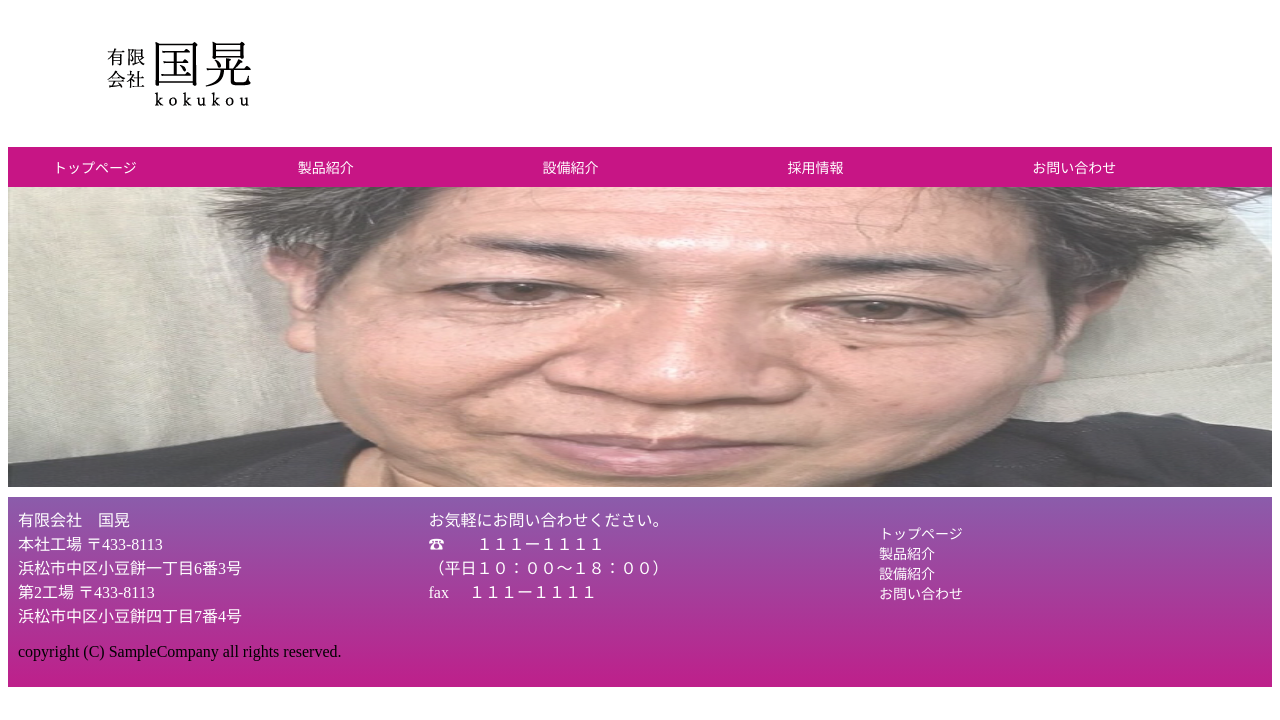
Repository: shuntanambu3/kokukou
Page: top.html
The author's editor kept a record of every edit. The page is drawn from the files as they stood at one moment, then again after the next edit.
The browser window is 1280 px wide. The pictures show the whole page.
Some web libraries are served in a nearby version.

Above is the page before.

### top.html
<!DOCTYPE html>
<html lang="ja">
    <head>
        <meta charset="utf-8">
        <title>有限会社　国晃</title>
        <meta name="description" content="有限会社国晃です。静岡浜松で「職人集団」による精密板金・各種制御盤の板金加工、塗装をしています。">
        <meta name="keywords" content="精密板金,板金加工,塗装,静岡,浜松,職人,オーダーメイド">
    	<link href="css/header.css" rel="stylesheet">
    	<link href="css/top.css" rel="stylesheet">
    	<link href="css/footer.css" rel="stylesheet">
    	<script type="text/javascript" src="https://ajax.googleapis.com/ajax/libs/jquery/1.10.2/jquery.min.js"></script>
    	<script>
    	(function($){
            $(function() {

                var imgBox = $('#slideShow');
                var fadeSpeed = 3000;
                var switchDelay = 3000;

                imgBox.find('img').hide();
                imgBox.find('img:first').stop().fadeIn(fadeSpeed);

                setInterval(function(){
                    imgBox.find('img:first-child').hide()
                    .next('img').fadeIn(fadeSpeed)
                    .end().appendTo(imgBox);
                },switchDelay);

            });
           })(jQuery);
       </script>
    </head>
    <body>
        <header>
            <img src="images/header/kokukou_logo.png" alt="logo">
            <div id="menu">
            <ul>
                <li>
                    <a href="top.html">トップページ</a>
                </li>
                <li>
                    <a href="#">製品紹介</a>
                </li>
                <li>
                    <a href="#">設備紹介</a>
                </li>
                <li>
                    <a href="#">採用情報</a>
                </li>
                <li>
                    <a href="#">お問い合わせ</a>
                </li>
            </ul>
            </div>
        </header>
        <div id="slideShow">
              <img src="images/top/simo.png" alt="">
              <img src="images/top/nambu.png" alt="">
              <img src="images/top/nabe.png" alt="">
        </div>
        <footer>
            <div class="container">
            <div class="footer-column">
             有限会社　国晃</br>
             <div class="footer-addres">
                 本社工場 〒433-8113</br>
                 浜松市中区小豆餅一丁目6番3号</br>

                 第2工場  〒433-8113</br>
                 浜松市中区小豆餅四丁目7番4号</br>
             </div>
            </div>
            <div class="footer-column">
                お気軽にお問い合わせください。</br>
                ☎　　１１１ー１１１１</br>
                （平日１０：００～１８：００）</br>
                fax　 １１１ー１１１１</br>
            </div>
            <div class="footer-column">
                <ul class="foot_navi">
                  <li><a href="top.html">トップページ</a></li>
                  <li><a href="introduce.html">製品紹介</a></li>
                  <li><a href="company.html">設備紹介</a></li>
                  <li><a href="company.html">お問い合わせ</a></li>
                </ul>
            </div>
            </div>
            <p class="copy">copyright (C) SampleCompany all rights reserved.</p>
    </body>
</html>

### css/header.css
#menu ul{
    list-style: none;
    margin: 0;
    display:flex;
    border-bottom: 1px;
    background-color: #c71585;
}

#menu li{
    width: 100%;
}

#menu li a{
    display: block;
    text-decoration: none;
    padding: 10px 5px;
    font-size: 14px;
    color: #FFFFFF;
}

### css/top.css
#body{
    margin:0;
}

#slideShow{
    height:300px;
    width:100%;
}

#slideShow img{
    height:100%;
    width:100%;
}

### css/footer.css
footer{
    margin-top:10px;
    padding:10px;
    background: linear-gradient(#05FBFF, #c71585 ) fixed;
}

.container{
    display:flex;
}

.footer-column{
    width:33%;
    color:#FFFFFF;
}

.foot_navi{
    list-style:none;
}

.foot_navi a{
    text-decoration:none;
    font-size: 14px;
    color: #FFFFFF;
}

After the next edit:
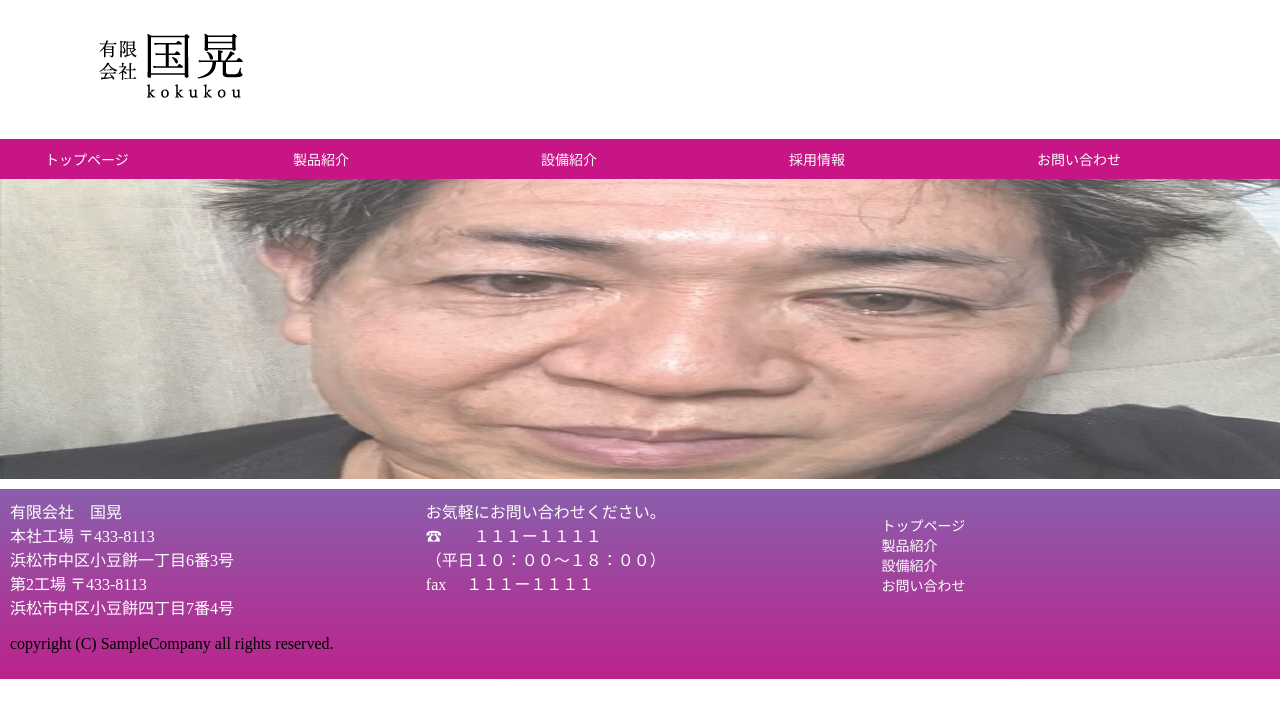
The edit:
--- a/css/top.css
+++ b/css/top.css
@@ -1,4 +1,4 @@
-#body{
+body{
     margin:0;
 }
 
